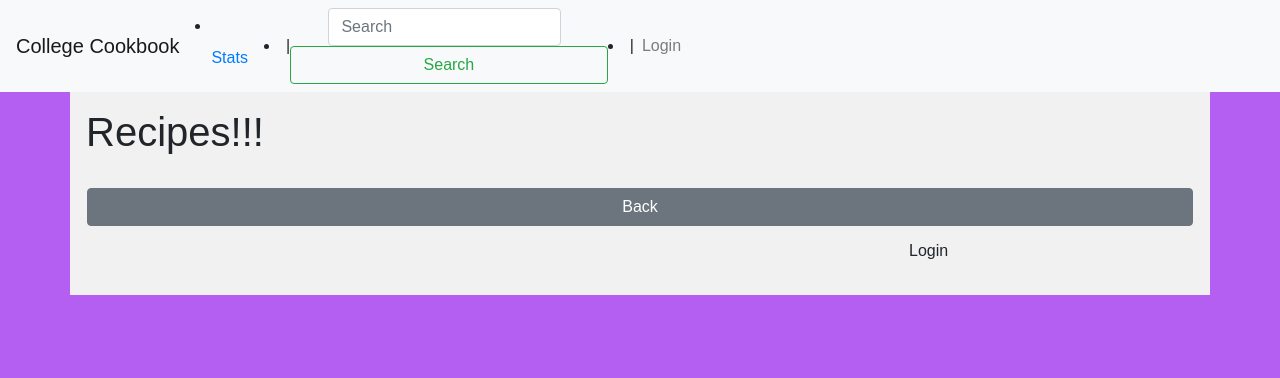
Repository: iiostefanos/college-cookbook
Page: http://localhost/
The author's editor kept a record of every edit. The page is drawn from the files as they stood at one moment, then again after the next edit.
The browser window is 1280 px wide. The pictures show the whole page.
The page is served by the project's application, run on Flask 3 (app.py). Queries for data that is not in the repository find no rows.

Above is the page before.

### templates/recipes.html
{% extends 'base.html' %} {% block content %}
<main class="container">
        <div class="row">
    <button id="back-to-results" class="btn btn-secondary" onclick="history.back(-1)">Back</button>
       </div>
<div class="container-fluid">
<div class="row recipe-header">
        <div class="col-sm-9">
        {% for recipe in recipes%}
        <h5>Category</h5>
        {{recipe.category_name}}
        </div>
        <div class="row">
       <div class="col col-sm-4">
        <h5>Title</h5>
        {{recipe.recipe_name}}
        </div>
        </div>
        <img src="{{ recipe.recipe_image }}" alt="{{ recipe.title}}">
        {{recipe.Serves}}
        {{recipe.Prep_Time}}
        {{recipe.Cook_Time}}
        {{recipe.recipe_description}}
        {{recipe.Author}}
        {{recipe.Ingredients}}
        {{recipe.Instructions}}

        </div>
<div class="recipe-header col-sm-9">

  <a href="{{url_for('edit_recipe', recipe_id=recipe._id)}}" class="btn btn-warning btn-small" type="submit">Edit</a>
  <form action="/delete_recipe/{{recipe._id}}" method="POST" class="col-s12">
  <button class="btn btn-info btn-small" type="submit">Delete</button>
  </form>
</div>
<div class="col-s9">

</div>
        {% endfor %}





{% endblock %}

### templates/base.html
<!DOCTYPE html>
<html>
    <head>
        <link href="https://stackpath.bootstrapcdn.com/font-awesome/4.7.0/css/font-awesome.min.css" rel="stylesheet">
        <link rel="stylesheet" href="https://stackpath.bootstrapcdn.com/bootstrap/4.4.1/css/bootstrap.min.css" integrity="sha384-Vkoo8x4CGsO3+Hhxv8T/Q5PaXtkKtu6ug5TOeNV6gBiFeWPGFN9MuhOf23Q9Ifjh" crossorigin="anonymous">
        <link rel="stylesheet" href="{{url_for('static', filename='css/style.css')}}" type="text/css" />
    </head>
    <body>

        <header>
            <nav class="navbar navbar-expand-lg navbar-light bg-light">
  <a class="navbar-brand" href="#">College Cookbook</a>
  <button class="navbar-toggler" type="button" data-toggle="collapse" data-target="#navbarSupportedContent" aria-controls="navbarSupportedContent" aria-expanded="false" aria-label="Toggle navigation">
    <span class="navbar-toggler-icon"></span>
  </button>

  <div class="collapse navbar-collapse" id="navbarSupportedContent">

      <li class="nav-item justify-content-end">
        <a class="nav-link" href="#">Stats</a>
      </li>
      <li>|</li>
      <form class="form-inline my-2 my-lg-0 justify-content-center">
      <input class="form-control mr-sm-2" type="search" placeholder="Search" aria-label="Search">
      <button class="btn btn-outline-success my-2 my-sm-0" type="submit">Search</button>
    </form>
    <li>|</li>
    <ul class="navbar-nav justify-content-end mr-auto">
      <li>
        <a class="nav-link" href="#">Login</a>
      </li>
    </ul>

  </div>
</nav>
        </header>
        <div class="container">
        <h1>Recipes!!!</h1>
        {% block content %}
        {% endblock %}
        </div
        <button onclick="document.getElementById('id01').style.display='block'" style="width:auto;">Login</button>

<div id="id01" class="modal">

  <form class="modal-content animate" action="/action_page.php" method="post">
    <div class="imgcontainer">
      <span onclick="document.getElementById('id01').style.display='none'" class="close" title="Close Modal">&times;</span>
    </div>

    <div class="container">
      <label for="uname"><b>Username</b></label>
      <input type="text" placeholder="Enter Username" name="uname" required>

      <label for="psw"><b>Password</b></label>
      <input type="password" placeholder="Enter Password" name="psw" required>

      <button type="submit">Login</button>

    </div>

    <div class="container" style="background-color:#f1f1f1">
      <button type="button" onclick="document.getElementById('id01').style.display='none'" class="cancelbtn">Cancel</button>
    </div>
  </form>
</div>

        <script src="https://code.jquery.com/jquery-3.4.1.slim.min.js" integrity="sha384-J6qa4849blE2+poT4WnyKhv5vZF5SrPo0iEjwBvKU7imGFAV0wwj1yYfoRSJoZ+n" crossorigin="anonymous"></script>
        <script src="https://cdn.jsdelivr.net/npm/popper.js@1.16.0/dist/umd/popper.min.js" integrity="sha384-Q6E9RHvbIyZFJoft+2mJbHaEWldlvI9IOYy5n3zV9zzTtmI3UksdQRVvoxMfooAo" crossorigin="anonymous"></script>
        <script src="https://stackpath.bootstrapcdn.com/bootstrap/4.4.1/js/bootstrap.min.js" integrity="sha384-wfSDF2E50Y2D1uUdj0O3uMBJnjuUD4Ih7YwaYd1iqfktj0Uod8GCExl3Og8ifwB6" crossorigin="anonymous"></script>
        <script>
// Get the modal
var modal = document.getElementById('id01');

// When the user clicks anywhere outside of the modal, close it
window.onclick = function(event) {
    if (event.target == modal) {
        modal.style.display = "none";
    }
}
</script>
    </body>
</html>

### app.py
import os
from flask import Flask, render_template, redirect, request, url_for
from flask_pymongo import PyMongo
from bson.objectid import ObjectId
from os import path
if path.exists("env.py"):
    import env

app = Flask(__name__)
app.config["MONGO_DBNAME"] = 'college_cookbook'
app.config["MONGO_URI"] = os.environ["MONGO_URI"]

mongo = PyMongo(app)


@app.route('/')
@app.route('/get_recipes')
def get_recipes():
    return render_template("recipes.html",
    recipes=mongo.db.recipes.find())


@app.route('/add_recipe')
def add_recipe():
    categories=mongo.db.categories.find()
    category_list = [category for category in categories]
    return render_template('add_recipe.html', categories = category_list)

@app.route ('/insert_recipe', methods=['POST'])
def insert_recipe():
    recipes=mongo.db.recipes
    recipes.insert_one(request.form.to_dict())
    return redirect(url_for('get_recipes'))

@app.route('/edit_recipe/<recipe_id>')
def edit_recipe(recipe_id):
    the_recipe = mongo.db.recipes.find_one({"_id": ObjectId(recipe_id)})
    all_categories = mongo.db.categories.find()
    return render_template('edit_recipe.html', recipe=the_recipe, categories=all_categories)

@app.route('/update_recipe/<recipe_id>', methods=['POST'])
def update_recipe(recipe_id):
    recipes=mongo.db.recipes
    recipes.update_one({'_id': ObjectId(recipe_id)},
    { "$set":
       {
        "category_name":request.form.get('category_name'),
        "recipe_name":request.form.get('recipe_name'),
        "recipe_image":request.form.get('recipe_image'),
        "Serves":request.form.get('Serves'),
        "Prep_Time":request.form.get('Prep_Time'),
        "Cook_Time":request.form.get('Cook_Time'),
        "recipe_description":request.form.get('recipe_description'),
        "Author":request.form.get('Author'),
        "Ingredients":request.form.get('Ingredients'),
        "Instructions":request.form.get('Instructions')
        }
     }
    )
    return redirect(url_for('get_recipes'))

@app.route('/delete_recipe/<recipe_id>', methods=['POST'])
def delete_recipe(recipe_id):
      mongo.db.recipes.remove({'_id': ObjectId(recipe_id)})
      return redirect(url_for('get_recipes'))


if __name__ == '__main__':
    app.run(host=os.environ.get('IP'),
            port=int(os.environ.get('PORT')),
            debug=True)

### static/css/style.css
body {
    background-color: #b45ef2;
    background-repeat: repeat-x;
    font-family: Arial, Helvetica, sans-serif;

    }

.btn-small
{
    height: 24px;
    width: 60px;
    line-height: 24px;
    margin: 5px 5px;
    padding: 0 0.5em;
}

.recipe-header {
    margin-top: 5px;
}


/* Full-width input fields */
input[type=text], input[type=password] {
  width: 100%;
  padding: 12px 20px;
  margin: 8px 0;
  display: inline-block;
  border: 1px solid #ccc;
  box-sizing: border-box;
}

/* Set a style for all buttons */
button {
  background-color: #4CAF50;
  color: white;
  padding: 14px 20px;
  margin: 8px 0;
  border: none;
  cursor: pointer;
  width: 100%;
}

button:hover {
  opacity: 0.8;
}

/* Extra styles for the cancel button */
.cancelbtn {
  width: auto;
  padding: 10px 18px;
  background-color: #f44336;
}

/* Center the image and position the close button */
.imgcontainer {
  text-align: center;
  margin: 24px 0 12px 0;
  position: relative;
}

.container {
  padding: 16px;
  background-color:#f1f1f1;
}

span.psw {
  float: right;
  padding-top: 16px;
}

/* The Modal (background) */
.modal {
  display: none; /* Hidden by default */
  position: fixed; /* Stay in place */
  z-index: 1; /* Sit on top */
  left: 0;
  top: 0;
  width: 100%; /* Full width */
  height: 100%; /* Full height */
  overflow: auto; /* Enable scroll if needed */
  background-color: rgb(0,0,0); /* Fallback color */
  background-color: rgba(0,0,0,0.4); /* Black w/ opacity */
  padding-top: 60px;
}

/* Modal Content/Box */
.modal-content {
  background-color: #fefefe;
  margin: 5% auto 15% auto; /* 5% from the top, 15% from the bottom and centered */
  border: 1px solid #888;
  width: 60%; /* Could be more or less, depending on screen size */
}

/* The Close Button (x) */
.close {
  position: absolute;
  right: 25px;
  top: 0;
  color: #000;
  font-size: 35px;
  font-weight: bold;
}

.close:hover,
.close:focus {
  color: red;
  cursor: pointer;
}

/* Add Zoom Animation */
.animate {
  -webkit-animation: animatezoom 0.6s;
  animation: animatezoom 0.6s
}

@-webkit-keyframes animatezoom {
  from {-webkit-transform: scale(0)}
  to {-webkit-transform: scale(1)}
}

@keyframes animatezoom {
  from {transform: scale(0)}
  to {transform: scale(1)}
}

/* Change styles for span and cancel button on extra small screens */
@media screen and (max-width: 300px) {
  span.psw {
     display: block;
     float: none;
  }
  .cancelbtn {
     width: 100%;
  }
}

After the next edit:
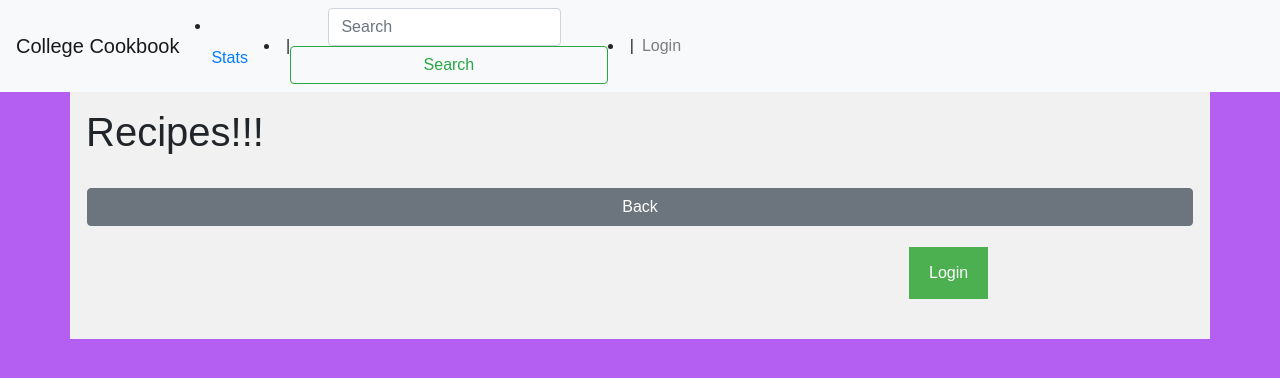
The edit:
--- a/templates/base.html
+++ b/templates/base.html
@@ -38,7 +38,7 @@
         <h1>Recipes!!!</h1>
         {% block content %}
         {% endblock %}
-        </div
+        </div>
         <button onclick="document.getElementById('id01').style.display='block'" style="width:auto;">Login</button>
 
 <div id="id01" class="modal">
